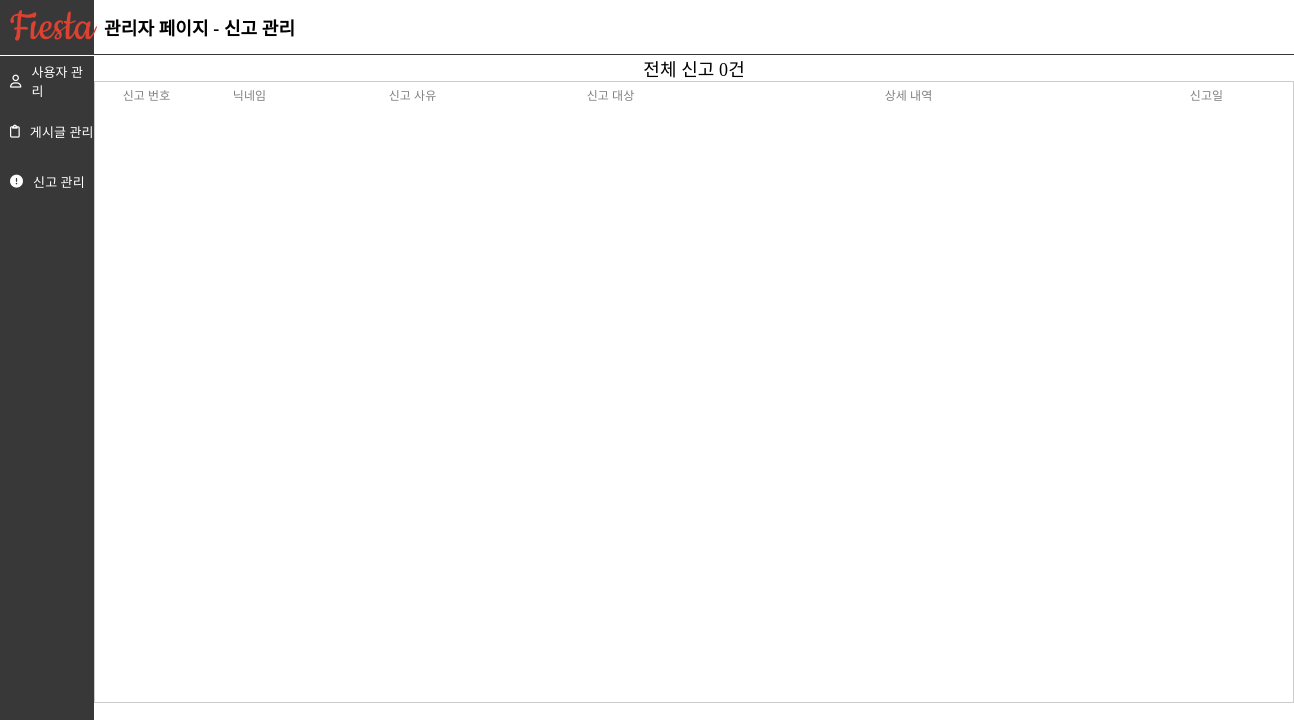
Repository: SNSFiestaTeam/Fiesta
Page: Fiesta/src/main/webapp/html/management/management-report.html
The author's editor kept a copy of each file at every save. The page is drawn from the files as they stood at one save, then again after the next save.
The browser window is 1280 px wide. The page is 1294 px wide, so the pictures cover 1294 px, including what lies to the right of the window. The pictures show the whole page.
Some web fonts or font styles are not loaded; a fallback is used. Some web libraries are served in a nearby version.

Above is the page before, as saved 2022-12-06 12:35:35.

### Fiesta/src/main/webapp/html/management/management-report.html
<!DOCTYPE html>
<html lang="en">
<head>
  <meta charset="UTF-8">
  <meta http-equiv="X-UA-Compatible" content="IE=edge">
  <meta name="viewport" content="width=device-width, initial-scale=1.0">
  <link rel="stylesheet" href="../../resources/css/common-style.css">
  <link rel="stylesheet" href="../../resources/css/management/management.css">
  <script
      src="https://kit.fontawesome.com/591746f9e8.js"
      crossorigin="anonymous"
    ></script>
  <title>관리자페이지</title>
</head>
<body>
  <sidebar class="sidebar">
    <span class="title">Fiesta</span>
    <a href="#" class="bar-item button"><i class="fa-regular fa-user"></i> 사용자 관리</a>
    <a href="#" class="bar-item button"><i class="fa-regular fa-clipboard"></i>게시글 관리</a>
    <a href="#" class="bar-item button"><i class="fa-solid fa-circle-exclamation"></i>신고 관리</a>
  </sidebar>

  <main class ="management-container">

    <div class="management-title">
      <h1>관리자 페이지 - 신고 관리</h1>
    </div>

    <div class="management-content">
      <span>전체 신고 0건</span>
      <section class="report-container">
        <div class="row rh">
          <span class="cor1">신고 번호</span>
          <span class="cor2">닉네임</span>
          <span class="cor3">신고 사유</span>
          <span class="cor4">신고 대상</span>
          <span class="cor5">상세 내역</span>
          <span class="cor6">신고일</span>
        </div>
      </section>
    </div>

  </main>


  <script src="/resources/js/management/management.js"></script>
</body>
</html>

### Fiesta/src/main/webapp/resources/css/common-style.css
@import url('https://fonts.googleapis.com/css2?family=Noto+Sans+KR:wght@100;300;400;500;700;900&display=swap');
@import url('https://fonts.googleapis.com/css2?family=Chewy&display=swap');
@import url('https://fonts.googleapis.com/css2?family=Leckerli+One&display=swap');
@import url('https://fonts.googleapis.com/css2?family=Cookie&display=swap');
@import './root-style.css';
@import url('https://fonts.googleapis.com/css2?family=Nanum+Gothic:wght@400;700;800&display=swap');
@import url('https://fonts.googleapis.com/css2?family=IBM+Plex+Sans+KR:wght@100;200;300;400;500&display=swap');

@font-face {
  font-family: 'NanumSquareNeo-Variable';
  src: url('https://cdn.jsdelivr.net/gh/projectnoonnu/noonfonts_11-01@1.0/NanumSquareNeo-Variable.woff2') format('woff2');
  font-weight: normal;
  font-style: normal;
}

@font-face {
  font-family: 'NanumBarunGothic';
  font-style: normal;
  font-weight: 400;
  src: url('//cdn.jsdelivr.net/font-nanumlight/1.0/NanumBarunGothicWeb.eot');
  src: url('//cdn.jsdelivr.net/font-nanumlight/1.0/NanumBarunGothicWeb.eot?#iefix') format('embedded-opentype'), url('//cdn.jsdelivr.net/font-nanumlight/1.0/NanumBarunGothicWeb.woff') format('woff'), url('//cdn.jsdelivr.net/font-nanumlight/1.0/NanumBarunGothicWeb.ttf') format('truetype');
 }

 @font-face {
  font-family: 'S-CoreDream-3Light';
  src: url('https://cdn.jsdelivr.net/gh/projectnoonnu/noonfonts_six@1.2/S-CoreDream-3Light.woff') format('woff');
  font-weight: normal;
  font-style: normal;
}

@font-face {
  font-family: 'SUIT-Regular';
  src: url('https://cdn.jsdelivr.net/gh/projectnoonnu/noonfonts_suit@1.0/SUIT-Regular.woff2') format('woff2');
  font-weight: normal;
  font-style: normal;
}
/* 전체 적용 스타일 */
* {
  margin: 0;
  padding: 0;
  box-sizing: border-box;
  list-style: none;
  /* font-family: 'Noto Sans KR', sans-serif; */
  /* font-family: 'Nanum Gothic', sans-serif; */
  /* font-family: 'IBM Plex Sans KR', sans-serif; */
  font-family: 'NanumSquareNeo-Variable';
  /* font-family: 'NanumBarunGothic'; */
  /* font-family: 'SUIT-Regular'; */
  letter-spacing: 0.1px;
}

a {
  text-decoration: none;
  color: black;
}

body {
  width: vw;
  font-size: 18px;
}

button {
  border: none;
  background-color: white;
}

footer {
  width: 100%;
  height: 134px;
  color: gray;
  font-size: var(--small-font-size);
  padding-bottom: 40px;

  display: flex;
  flex-direction: column;
  justify-content: space-around;
  align-items: center;
}

footer a {
  color: gray;
}

header {
  width: 100%;
  height: 60px;
  border-bottom: 1px solid #ccc;

  position: sticky;
  top: 0;
  background-color: white;

  display: flex;
  justify-content: center;
  z-index: 2;
}

header > section {
  width: 1000px;
  padding: 0 20px;

  display: flex;
  justify-content: space-between;
  align-items: center;
}

.logo-section a {
  font-family: 'Cookie', cursive;
  /* font-family: 'Chewy', cursive; */
  color: #dd4132;
  font-size: 50px;
  width: 120px;
  height: auto;
}

#logo {
  width: 120px;
  height: auto;
}

.search-section {
  width: 50%;

  display: flex;
  justify-content: center;
}

.search-section fieldset {
  height: 36px;
  width: 90%;
  background-color: --main-font-color;
  border: none;
  border-radius: 5px;

  display: flex;
  justify-content: center;
  align-items: center;
}

.search-section fieldset input {
  width: 200px;
}

#searchX {
  display: flex;
  justify-content: center;
  align-items: center;

  border-radius: 50%;

  display: none;
}

#searchX > i {
  background-color: #ccc;
  display: block;
  width: 15px;
  height: 15px;
  border-radius: 50%;
  font-size: 10px;

  display: flex;
  justify-content: center;
  align-items: center;
  color: white;
}

.search-section fieldset:focus-within > #search-glass {
  display: none;
}

.search-section fieldset:focus-within > #searchX {
  display: inline;
}

.search-section fieldset > input {
  height: 25px;
  border: none;
  outline: none;
  font-size: var(--madium-font-size);

  flex-basis: 80%;
}

.search-section fieldset > button {
  height: 25px;
  margin-right: 10px;
  font-size: 16px;
  color: var(--main-font-color);

  flex-basis: 10%;
}

nav {
  min-width: 300px;
}

nav > ul {
  font-size: var(--large-icon-size);

  display: flex;
  justify-content: space-between;
}

nav li {
  margin-left: 10px;
  flex-shrink: 0;

  text-align: center;
}

nav li > button {
  width: 100%;
  height: 100%;
  font-size: var(--large-icon-size);
}

nav li > button:active {
  color: var(--main-font-color);
}

nav li > a:active {
  color: var(--main-font-color);
}

nav i {
  flex-shrink: 0;
}

#searchBtn {
  display: none;
}

.toggle-search-section {
  display: none;
}

@media screen and (min-width: 1024px) {
  /* Desktop */
}

@media screen and (min-width: 471px) and (max-width: 1023px) {
  /* Tablet */
}

@media screen and (max-width: 780px) {
  .search-section > form {
    display: none;
  }

  #searchBtn {
    display: inline;
  }

  .toggle-search-section {
    width: 100vw;
    height: 80px;

    position: sticky;
    top: 60px;

    display: flex;
    justify-content: center;
    align-items: center;
    z-index: 40;
    display: none;
  }

  .toggle-search-section fieldset {
    height: 38px;
    width: 100%;
    background-color: #ffffff90;
    border: 1px solid #8e8e8e;
    border-radius: 5px;
    padding-left: 10px;

    display: flex;
    justify-content: center;
    align-items: center;
  }

  .toggle-search-section fieldset > input {
    height: 100%;
    width: 100%;
    border: none;
    outline: none;
    font-size: var(--madium-font-size);
    background-color: #ffffff00;

    flex-basis: 80%;
  }

  .toggle-search-section fieldset > button {
    height: 30px;
    margin-right: 10px;
    font-size: 16px;
    color: var(--fiesta-color);
    background-color: #ffffff00;

    flex-basis: 10%;
  }
}

@media screen and (max-width: 470px) {
  /* mobile */

  html {
    width: 100%;
  }

  body {
    width: vw;
  }

  footer {
    display: none;
  }

  #header-section {
    width: vw;
  }

  #newPost {
    width: 60px;
    height: 60px;
    border: 2px solid #8e8e8e;
    border-radius: 50%;
    background-color: white;
    display: flex;
    justify-content: center;
    align-items: center;

    font-size: 30px;

    position: fixed;
    bottom: 20px;
    right: 10px;
  }
}

#header-menu-toggle{
  display: none;
}

label[for='header-menu-toggle'] {
  cursor: pointer;
}

/* 체크박스 다음 div */
#toggle-menu{
  display: none;
}

/* 체크박스가 체크된 경우 다음 div */
#header-menu-toggle:checked + div{
  display: block;
}

.header-menu-parent{
  position: relative;
}

#toggle-menu{
  position: absolute;
  top: 30px;
  right: -10px;
  z-index: 500;
  width: 150px;
  height: 100px;
  background-color: white;
  box-shadow: 0px 0px 1px gray;
  border-radius: 6px;
}


#toggle-menu > a{
  display: flex;
  height: 50%;
  justify-content: center;
  align-items: center;
  font-size: 14px;
  font-weight: bold;
}

#toggle-menu > a:first-child{
  border-bottom: 1px solid #ccc;
}

### Fiesta/src/main/webapp/resources/css/management/management.css
@import '../root-style.css';

@font-face {
  font-family: 'NanumSquareNeo-Variable';
  src: url('https://cdn.jsdelivr.net/gh/projectnoonnu/noonfonts_11-01@1.0/NanumSquareNeo-Variable.woff2') format('woff2');
  font-weight: normal;
  font-style: normal;
}

* {
  font-family: 'NanumSquareNeo-Variable';
}

body {
  display: flex;
  width: 100%;
  height: 100vh;

  overflow-y: hidden;
}

/* 사이드 바 */
.sidebar{
  flex-grow: 0;
  width: 200px;
  height: 100%;
  background-color: rgb(56, 56, 56);
  color: white;

  display: flex;
  flex-direction: column;


  font-size: 13px;
}


.title {
  font-size: 50px;
  color: var(--fiesta-color);
  font-family: 'Cookie', cursive;
  border-bottom: 1px solid white;
  padding-left: 10px;
}

.button {
  color: white;
  width: 100%;
  height: 50px;

  display: flex;
  align-items: center;

  padding-left: 10px;
}

.button > *{
  margin-right: 10px;
}


.button:hover {
  background-color: white;
  color: rgb(56, 56, 56);
}

.management-container {
  width: 100%;
  height: 100%;

}

/* 관리자 페이지 타이틀 */
.management-title{
  display: flex;
  align-items: center;

  height: 55px;
  font-size: 9px;

  border-bottom: 1px solid rgb(56, 56, 56);
  padding-left: 10px

}

/* 관리자 페이지 내용 */
.management-content {
  height: 90%;

  display: flex;
  flex-direction: column;
  justify-content: center;
  align-items: center;

  overflow-y: scroll;
}

.report-container {
  border: 1px solid #ccc;

  width: 1200px;
  height: 700px;
}

.row {
  height: 25px;
  display: flex;
  align-items: center;
  justify-content: space-around;
}

.rh {
  color: grey;
}

.row > span {

  font-size: 12px;

  text-align: center;

}

.cor1 {
  width: 80px;
}

.cor2 {
  width: 80px;
}
.cor3 {
  width: 200px;
}
.cor4 {
  width: 150px;
}
.cor5 {
  width: 400px;
}
.cor6 {
  width: 150px;
}

### Fiesta/src/main/webapp/resources/js/management/management.js


function w3_open() {
  document.getElementById("mySidebar").style.display = "block";
}

function w3_close() {
  document.getElementById("mySidebar").style.display = "none";
}

### Fiesta/src/main/webapp/resources/css/root-style.css
/* 루트 함수
공동으로 사용할 스타일을 미리 지정해놓고 사용 가능
스타일 지정시 지정할 스타일: 루트 함수명 으로 사용 가능
--만 타이핑 하면 자동완성 리스트가 뜨고
선택하면 var()함수까지 자동완성됨 */
:root {
  --background-color: white;
  --main-font-color: #8e8e8e;
  --icon-button-color: #262626;
  --point-font-color: #0095f6;
  --mention-font-color: #00376b;
  --fiesta-color: #dd4132;
  --small-font-size: 12px;
  --main-font-size: 13px;
  --medium-font-size: 16px;
  --large-icon-size: 24px;
}

After the next save:
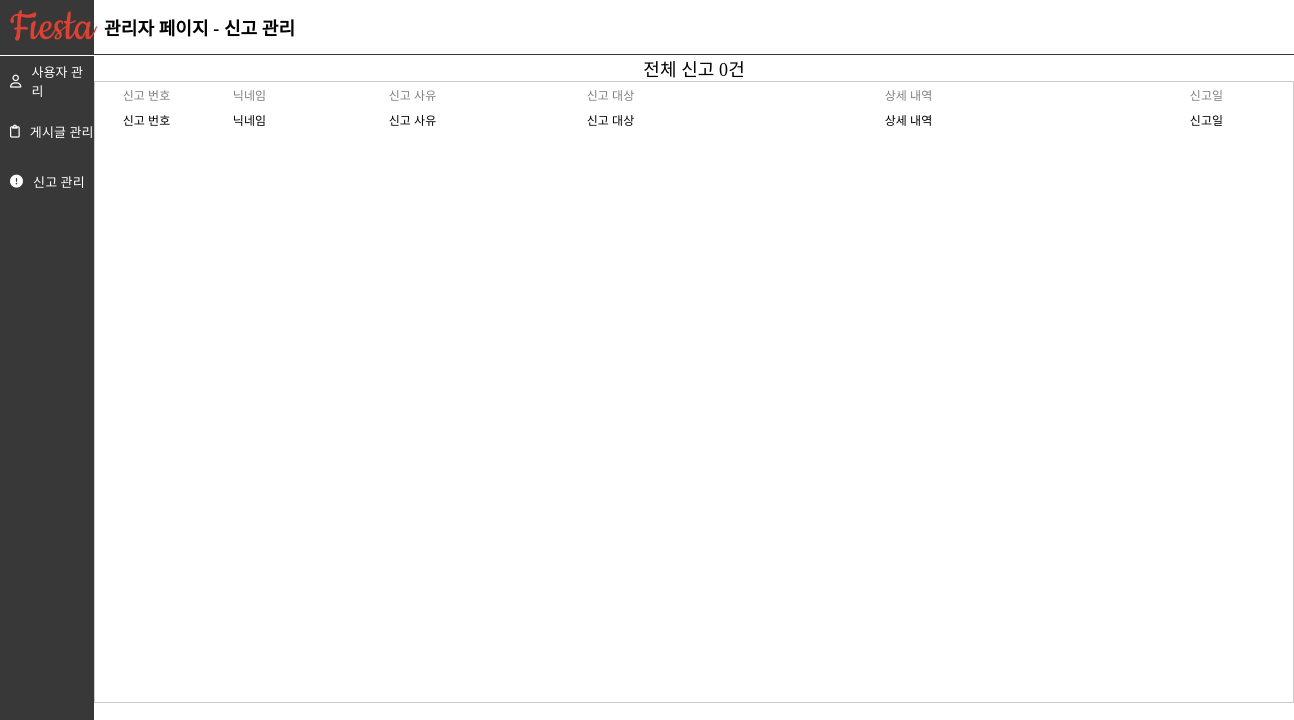
Saved 24 s later.
--- a/Fiesta/src/main/webapp/html/management/management-report.html
+++ b/Fiesta/src/main/webapp/html/management/management-report.html
@@ -37,6 +37,14 @@
           <span class="cor5">상세 내역</span>
           <span class="cor6">신고일</span>
         </div>
+        <div class="row">
+          <span class="cor1">신고 번호</span>
+          <span class="cor2">닉네임</span>
+          <span class="cor3">신고 사유</span>
+          <span class="cor4">신고 대상</span>
+          <span class="cor5">상세 내역</span>
+          <span class="cor6">신고일</span>
+        </div>
       </section>
     </div>
 
